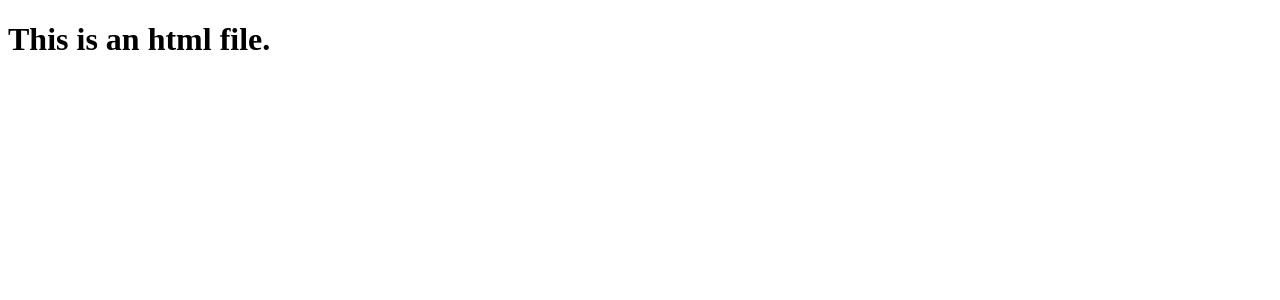
Repository: CodingDojo-JAVA-1019/Phillip
Page: SpringBootProjects/displayDate/src/main/resources/static/home.html
These files come from the project's save history. The page is drawn as it stood at one moment and after the next save; the edit follows.
The browser window is 1280 px wide. The pictures show the whole page.

Above is the page before, as saved 2019-10-09 12:20:49.

### SpringBootProjects/displayDate/src/main/resources/static/home.html
<!DOCTYPE html>
<html>
<head>
<meta charset="ISO-8859-1">
<title>Home Page</title>
</head>
<body>
	<h1>This is an html file.</h1>
</body>
</html>

### SpringBootProjects/displayDate/src/main/resources/static/css/style.css
@charset "ISO-8859-1";

h1{
	color: blue;

}

### SpringBootProjects/displayDate/src/main/resources/static/js/app.js
/**
 *
 */
alert("Hello World");

After the next save:
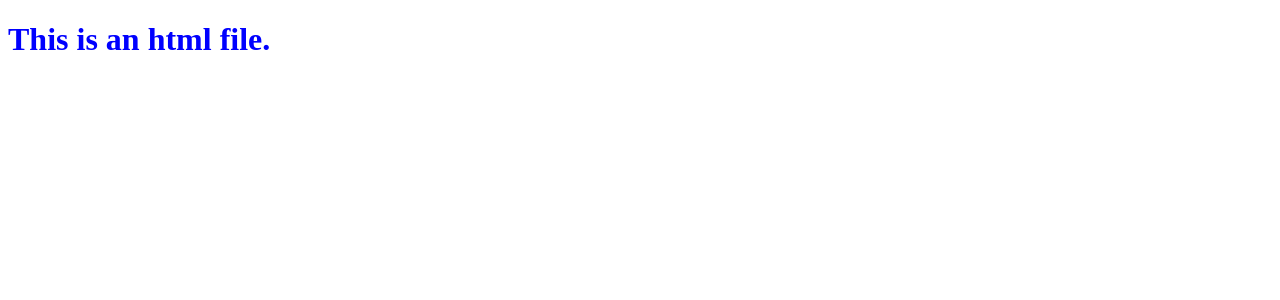
Saved 6 s later.
--- a/SpringBootProjects/displayDate/src/main/resources/static/home.html
+++ b/SpringBootProjects/displayDate/src/main/resources/static/home.html
@@ -3,6 +3,8 @@
 <head>
 <meta charset="ISO-8859-1">
 <title>Home Page</title>
+	 <link rel="stylesheet" type="text/css" href="css/style.css">
+	 <script type="text/javascript" src="js/app.js"></script>
 </head>
 <body>
 	<h1>This is an html file.</h1>
